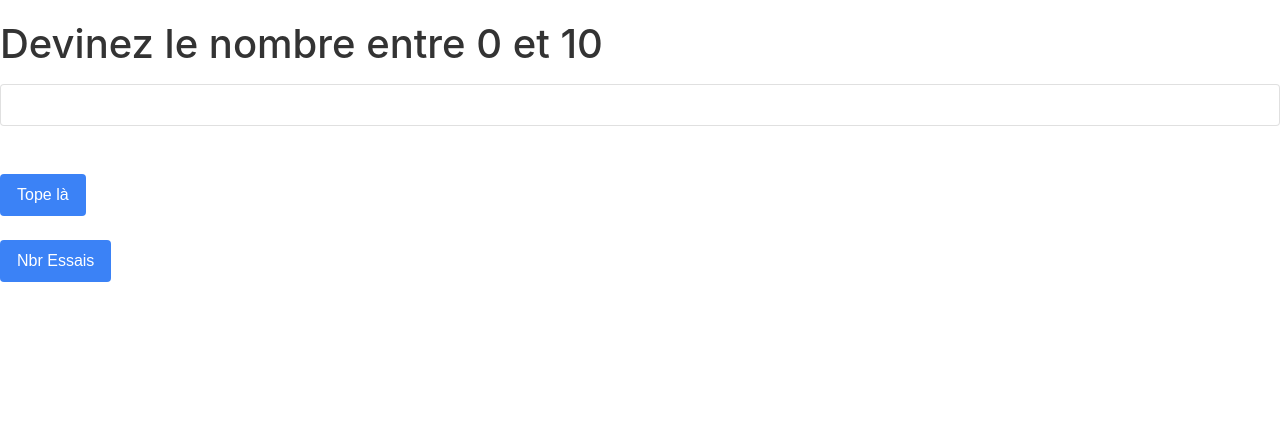
Repository: TheD3us/javaavance
Page: CrazyNumber/WebContent/HTML/Formulaire.html
The author's editor kept a copy of each file at every save. The page is drawn from the files as they stood at one save, then again after the next save.
The browser window is 1280 px wide. The pictures show the whole page.

Above is the page before, as saved 2022-05-03 08:26:13.

### CrazyNumber/WebContent/HTML/Formulaire.html
<!DOCTYPE html>
<html>
<head>
<link rel="stylesheet" href="CSS/marx.min.css"/>
<meta charset="ISO-8859-1">
<title>Les nombres en folie !!!</title>
</head>
<body>
	<form method="GET" action="/CrazyNumber/Formulaire">
	<h1>Devinez le nombre entre 0 et 10</h1>
	<input name="num" type="number" ><br>
	<br>
	<input type="submit" value="Tope là"><br>
	<br>
	</form>
	<form method="POST" action="/CrazyNumber/Formulaire">
	<input type="submit" value="Nbr Essais">
	</form>
</body>
</html>

Loaded but not shown: CrazyNumber/WebContent/HTML/CSS/marx.min.css (library)

After the next save:
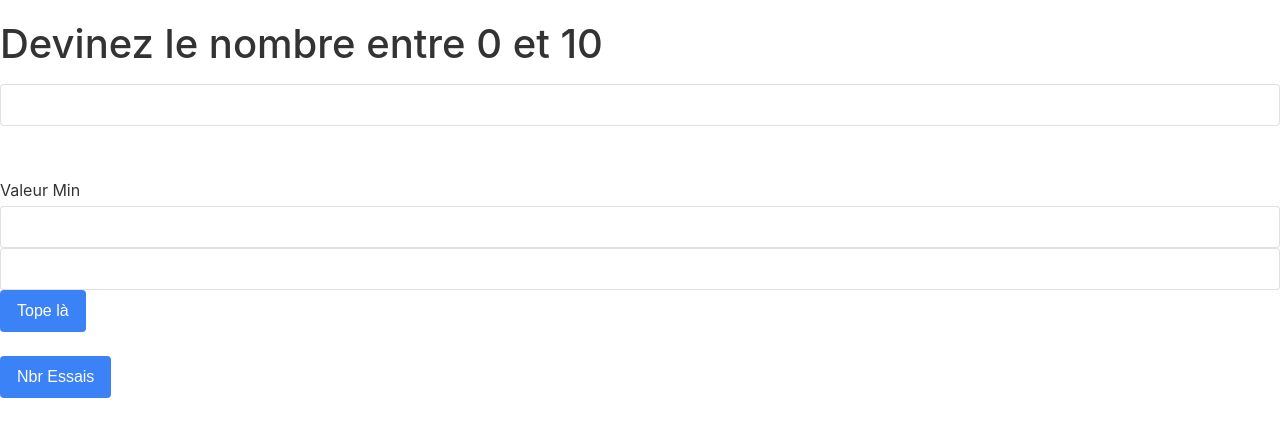
Saved 2 min 15 s later.
--- a/CrazyNumber/WebContent/HTML/Formulaire.html
+++ b/CrazyNumber/WebContent/HTML/Formulaire.html
@@ -10,6 +10,9 @@
 	<h1>Devinez le nombre entre 0 et 10</h1>
 	<input name="num" type="number" ><br>
 	<br>
+	<label>Valeur Min</label>
+	<input type="number" name="min">
+	<input type="number" name="max">
 	<input type="submit" value="Tope là"><br>
 	<br>
 	</form>
